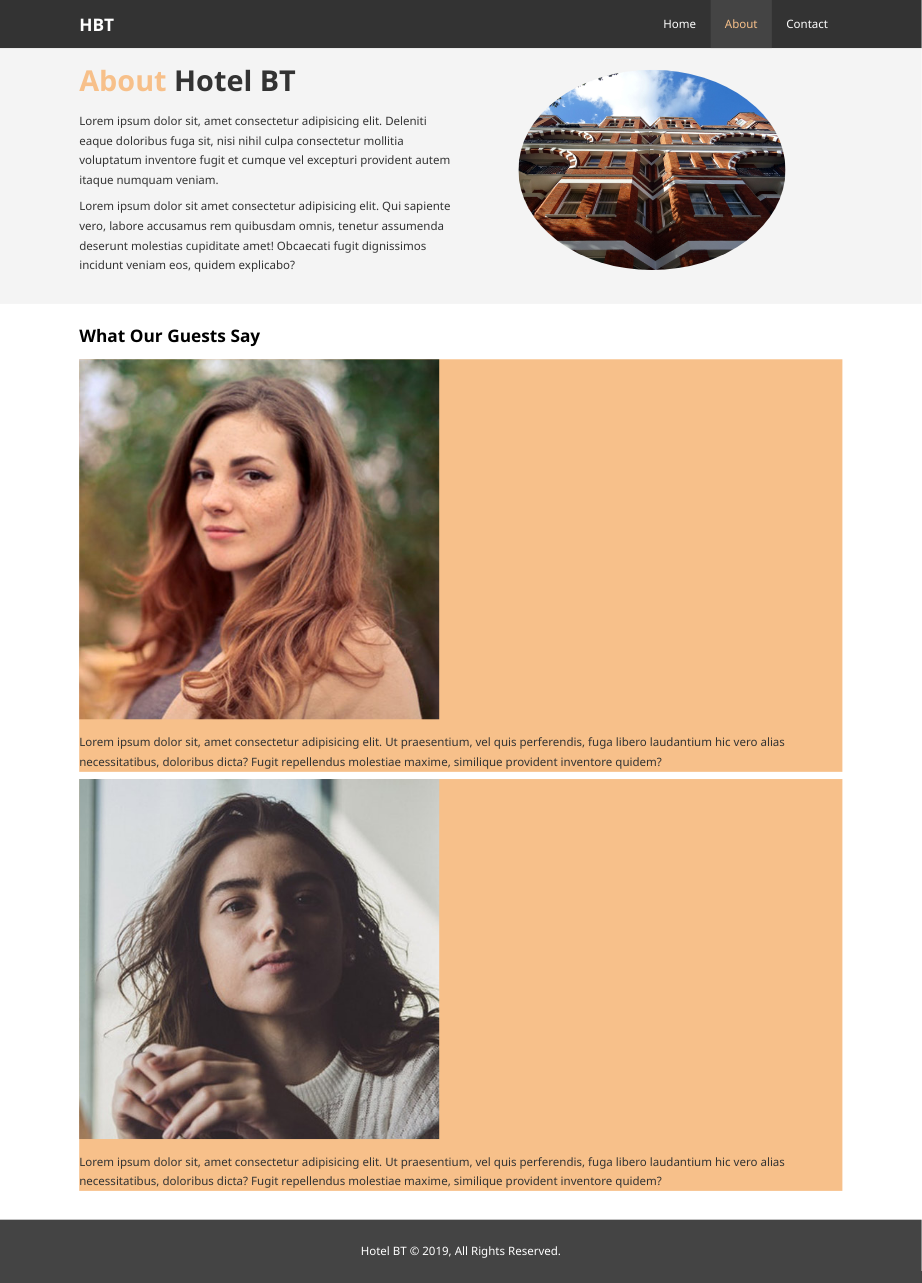
Repository: minhtien9/hotel-website
Page: about.html
The author's editor kept a copy of each file at every save. The page is drawn from the files as they stood at one save, then again after the next save.
The browser window is 1280 px wide. The pictures show the whole page, at 72% of full size.

Above is the page before, as saved 2021-08-14 18:26:12.

After the next save:
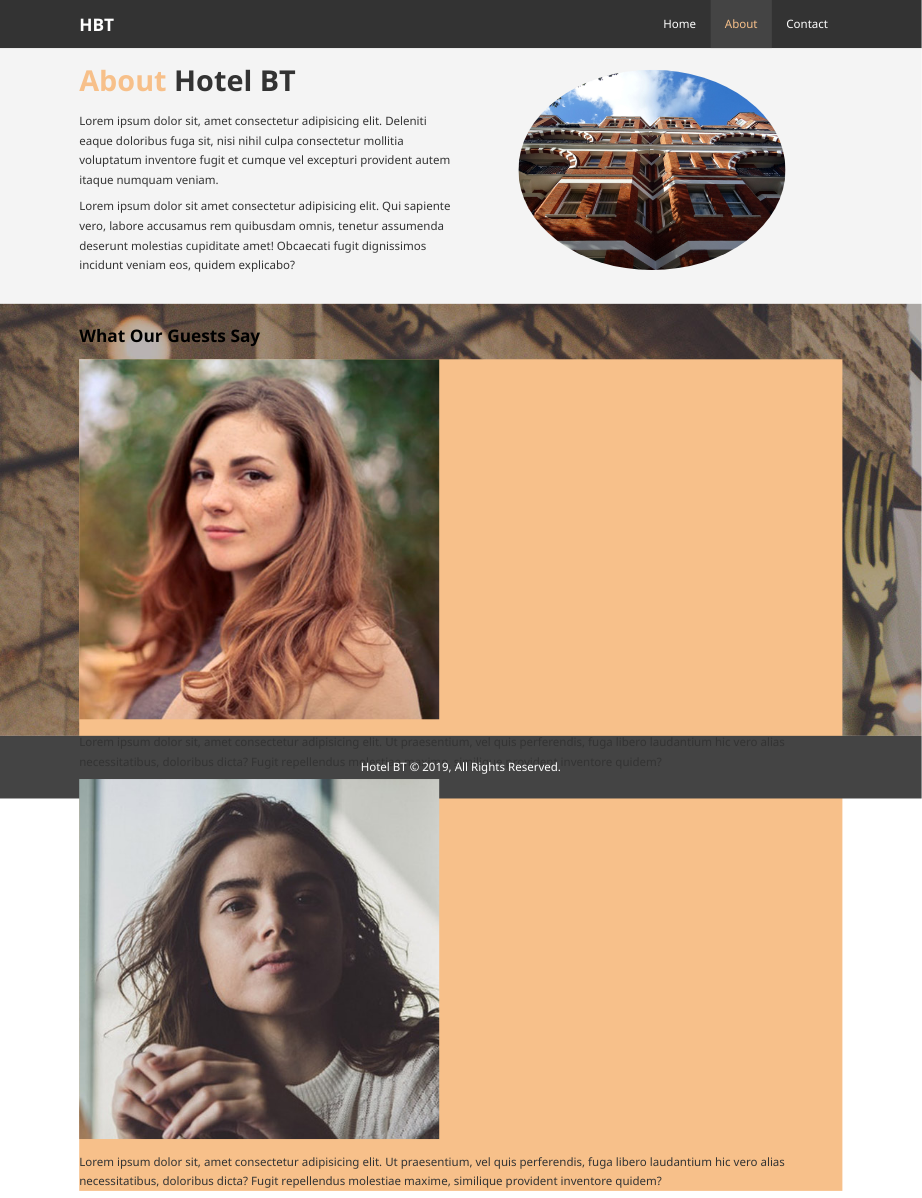
Saved 64 s later.
--- a/css/style.css
+++ b/css/style.css
@@ -233,6 +233,14 @@ p {
 }
 
 
+/* Testimonials */
+
+#testimonials {
+    height: 600px;
+    background: url('../img/test-bg.jpg');
+}
+
+
 /* Footer */
 
 #main-footer {
